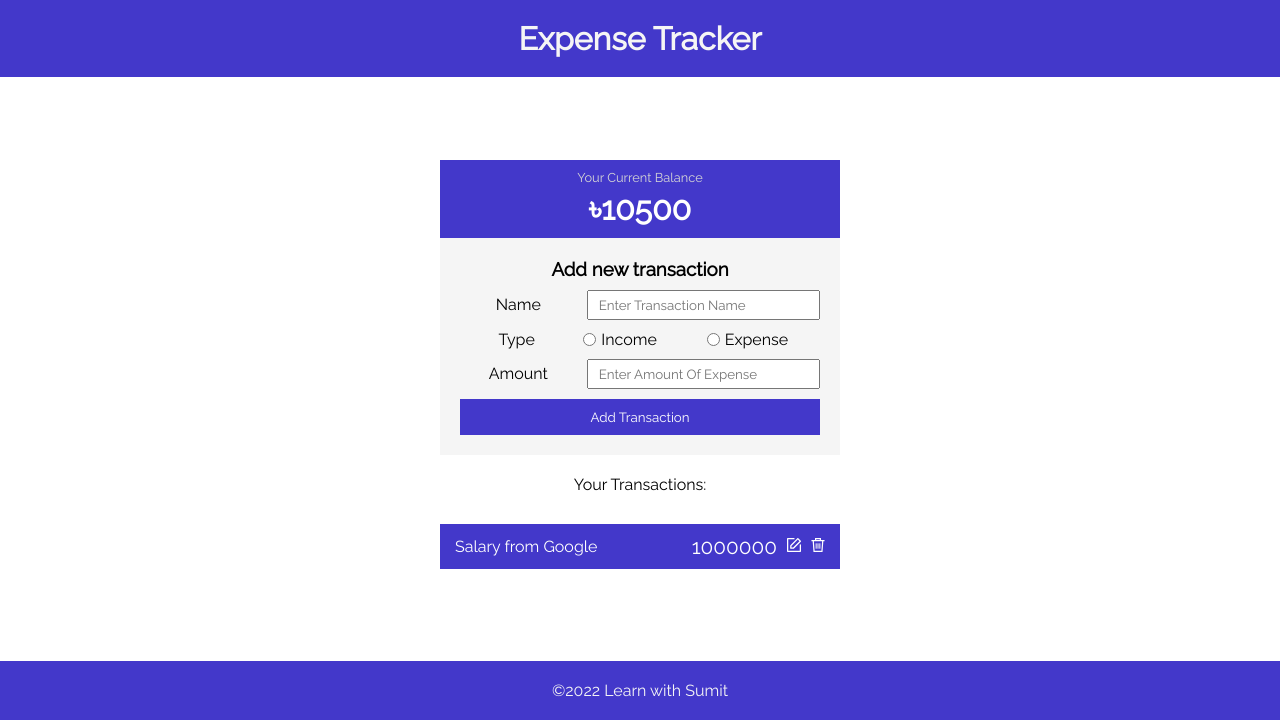
Repository: Tanvir3744/redux-expense-tracker
Page: /
The author's editor kept a copy of each file at every save. The page is drawn from the files as they stood at one save, then again after the next save.
The browser window is 1280 px wide. The pictures show the whole page.
The project was rebuilt for these pictures with package versions that can differ from the ones it lists, and the page was loaded fresh each time. Requests to the local data server were answered from the project's data file.

Above is the page before, as saved 2022-11-10 01:16:12.

### public/index.html
<!DOCTYPE html>
<html lang="en">
  <head>
    <meta charset="utf-8" />
    <link rel="icon" href="%PUBLIC_URL%/images/favicon.png" />
    <meta name="viewport" content="width=device-width, initial-scale=1" />
    <meta name="theme-color" content="#000000" />
    <meta
      name="description"
      content="Web site created using create-react-app"
    />
    <link rel="apple-touch-icon" href="%PUBLIC_URL%/logo192.png" />
    <!--
      manifest.json provides metadata used when your web app is installed on a
      user's mobile device or desktop. See https://developers.google.com/web/fundamentals/web-app-manifest/
    -->
    <link rel="manifest" href="%PUBLIC_URL%/manifest.json" />
    <link rel="stylesheet" href="%PUBLIC_URL%/css/style.css">

    <title>Monthly Expense Tracker</title>
  </head>
  <body>
    <noscript></noscript>
    <div id="root"></div>

  </body>
</html>

### src/app/store.js
import { configureStore } from '@reduxjs/toolkit';
import transactionReducer from '../features/moneyTransApi/transSlice'

export const store = configureStore({
  reducer: {
    counter: transactionReducer,
  },
});

### src/App.js
import React from 'react';
import './App.css';
import Balance from './components/Balance';
import Form from './components/Form';
import Transations from './components/Transations';

function App() {
  return (
    <div className="App">
      <div className="header">
        <h1>Expense Tracker</h1>
      </div>
      <div className="main">
        <div className="container">
          <Balance />
          <Form />
          <Transations />
        </div>
      </div>
      {/* footer component */}
      <div className="footer">&copy;2022 Learn with Sumit</div>
    </div>
  );
}

export default App;

### src/features/moneyTransApi/transSlice.js
import { createAsyncThunk, createSlice } from "@reduxjs/toolkit"
import { getTransactions, addTransactions, updateTransactions, deleteTransactions } from './transApi'
// initializing the state
const initialState = {
    transactions: [],
    isLoading: false,
    isError: false,
    error: '',
    editing: {}
}

// async thunk for get request
export const fetchTransactions = createAsyncThunk('transaction/fetchTransaction', async () => {
    const transactions = await getTransactions()
    return transactions;
})

// async thunk for post data to server
export const createTransaction = createAsyncThunk('transaction/createTransaction', async (data) => {
    const transaction = await addTransactions(data);
    return transaction;
})

// async thunk for update data to server
export const updatingTransaction = createAsyncThunk('transaction/updateTransaction', async ({ id, data }) => {
    const editTransaction = await updateTransactions({ id, data })
    return editTransaction;
})

// async thunk for deleting data from the server
export const deleteTransaction = createAsyncThunk('transaction/deleteTransaction', async ({ id, data }) => {
    const delTransaction = await deleteTransaction({ id, data });
    return delTransaction;
})

const transactionSlice = createSlice({
    name: 'transaction',
    initialState,
    reducers: {
        editActive: (state, action) => {
            state.editing = action.payload;
        },
        editInActive: (state, action) => {
            state.editing = {}
        }
    },
    extraReducers: (builder) => {
        builder
            .addCase(fetchTransactions.pending, (state, action) => {
                state.isLoading = false;
                state.isError = false;
            })
            .addCase(fetchTransactions.fulfilled, (state, action) => {
                state.isLoading = false;
                state.isError = false;
                state.error = '';
                state.transactions = action.payload;
            })
            .addCase(fetchTransactions.rejected, (state, action) => {
                state.isLoading = false;
                state.error = action.error?.message;
                state.isError = true;
                state.transactions = [];
            })
            .addCase(createTransaction.pending, (state, action) => {
                state.isLoading = false;
                state.isError = false;
            })
            .addCase(createTransaction.fulfilled, (state, action) => {
                state.isLoading = false;
                state.isError = false;
                state.error = '';
                state.transactions.push(action.payload);
            })
            .addCase(createTransaction.rejected, (state, action) => {
                state.isLoading = false;
                state.error = action.error?.message;
                state.isError = true;
            })
            .addCase(updatingTransaction.pending, (state, action) => {
                state.isLoading = false;
                state.isError = false;
            })
            .addCase(updatingTransaction.fulfilled, (state, action) => {
                state.isLoading = false;
                state.isError = false;
                state.error = '';
                const indexToUpdate = state.transactions.findIndex(transaction => transaction.id === action.payload.id)
                state.transactions[indexToUpdate] = action.payload;
            })
            .addCase(updatingTransaction.rejected, (state, action) => {
                state.isLoading = false;
                state.error = action.error?.message;
                state.isError = true;
            })
            .addCase(deleteTransaction.pending, (state, action) => {
                state.isLoading = false;
                state.isError = false;
            })
            .addCase(deleteTransaction.fulfilled, (state, action) => {
                state.isLoading = false;
                state.isError = false;
                state.error = '';
                state.transactions = state.transactions.filter(transaction => transaction.id !== action.payload.id)
            })
            .addCase(deleteTransaction.rejected, (state, action) => {
                state.isLoading = false;
                state.error = action.error?.message;
                state.isError = true;
            })
    }
})

export default transactionSlice.reducer;
export const { editActive, editInActive} = transactionSlice.actions;

### src/components/Balance.js
import React from 'react'

export default function Balance() {
    return (
        <div className="top_card">
            <p>Your Current Balance</p>
            <h3>
                <span>৳</span>
                <span>10500</span>
            </h3>
        </div>
    )
}

### src/components/Form.js
import React, { useEffect, useState } from 'react'
import { useDispatch, useSelector } from 'react-redux'
import { createTransaction, updatingTransaction } from '../features/moneyTransApi/transSlice'

export default function Form() {
    const [detail, setDetail] = useState('')
    const [transType, setType] = useState('')
    const [expense, setExpense] = useState('')
    const [edit, setEdit] = useState(false)

    const dispatch = useDispatch()
    const { isLoading, isError, error } = useSelector(state => state?.counter)

    const { editing } = useSelector(state => state?.counter) || {};
    //whenever we want to re-render somthing to our ui (update) we have to use useEffect for updating these things\
    console.log(detail, transType, expense);
    useEffect(() => {
        const { id, name, amount, type } = editing || {};
        if (id) {
            setEdit(true)
            setDetail(name)
            setType(type)
            setExpense(amount)
        } else {
            setEdit(false)
            handleResetForm();
        }
    }, [editing, detail, expense, transType])

    const handleResetForm = () => {
        //making empty our input fields
        setDetail('')
        setType('')
        setExpense('')
    }

    const handleCreate = (e) => {
        e.preventDefault();
        dispatch(createTransaction({
            name: detail,
            type: transType,
            amount: Number(expense)
        }))
        handleResetForm();
    }

    const cancelEditMode = () => {
        setEdit(false)
    }

    const handleUpdate = (e) => {
        e.preventDefault();
        dispatch(updatingTransaction({
            id: editing?.id,
            data: {
                name: detail,
                type: transType,
                amount: Number(expense),
            }
        }))
        handleResetForm();
    }

    return (
        <div className="form">
            <h3>Add new transaction</h3>

            <form onSubmit={edit ? handleUpdate : handleCreate}>

                <div className="form-group">
                    <label>Name</label>
                    <input
                        id='detail'
                        type="text"
                        name="detail"
                        placeholder="Enter Transaction Name"
                        value={detail}
                        onChange={e => setDetail(e.target.value)}
                        required
                        className="px-2 py-1 border border-blue-300 focus:outline-none"
                    />
                </div>

                <div className="form-group radio">
                    <label>Type</label>
                    <div className="radio_group">
                        <input
                            type="radio"
                            value="income"
                            name="type"
                            checked={transType === 'income'}
                            onChange={(e) => setType('income')}
                            required
                        />
                        <label>Income</label>
                    </div>
                    <div className="radio_group">
                        <input
                            type="radio"
                            value="expense"
                            name="type"
                            placeholder="Expense"
                            checked={transType === 'expense'}
                            onChange={e => setType('expense')}
                            required
                        />
                        <label>Expense</label>
                    </div>
                </div>

                <div className="form-group">
                    <label>Amount</label>
                    <input
                        type="number"
                        placeholder="Enter Amount Of Expense"
                        name="expense"
                        value={expense}
                        onChange={e => setExpense(e.target.value)}
                        required
                    />
                </div>
                {
                    !isLoading && isError && <small className='erorr'>There was an error occured{error}</small>
                }
                <button disabled={isLoading} type="submit" className="btn">{edit ? "Update Transaction" : "Add Transaction"}</button>
            </form>


            {
                edit && <button className="btn cancel_edit" onClick={cancelEditMode}>Cancel Edit</button>
            }
        </div>
    )
}

### src/components/Transations.js
import React, { useEffect } from 'react'
import { useDispatch, useSelector } from 'react-redux'
import { fetchTransactions } from '../features/moneyTransApi/transSlice'
import AloneTransaction from './AloneTransaction'
export default function Transations() {
    const { isLoading, isError, error, transactions } = useSelector(state => state.counter)

    const dispatch = useDispatch()
    useEffect(() => {
        dispatch(fetchTransactions())
    },[dispatch])

    // decide what to render
    let content;
    if (isLoading && !isError) {
        content = '...loading...';
    }

    if (!isLoading && isError) {
        content = <small className='error'>{error?.message}</small>
    }

    if (!isLoading && !isError && transactions.length === 0) {
        content = <small className="error">No transactions found in queue</small>
    }

    return (
        <>
            <p className="second_heading">Your Transactions:</p>
            <div className="conatiner_of_list_of_transactions">
                <ul>
                    { !isLoading && !isError &&
                        transactions.map(transaction => <AloneTransaction key={transaction.id} transaction={transaction}  /> )
                    }
                </ul>
            </div>
        </>
    )
}

### src/features/moneyTransApi/transApi.js
import axios from '../../utils/axios'

//write get request to get transactions from server with axios
export const getTransactions = async () => {
    const response = await axios.get('/transactions');
    return response.data;
}

/*
post request to server {note: wehenever we need to post some data to server we should pass an object along the url.
But, here we are passing the whole object through a parameter to avoid the syntactical complexity.}
*/
export const addTransactions = async(data) => {
    const response = await axios.post('/transactions', data);
    return response.data;
}


/* update request with axios to make update feature in our application */
export const updateTransactions =async (id, data) => {
    const response = await axios.put(`/transactions/${ id }`, data);
    return response.data;
}

/* delete request with axios */
export const deleteTransactions = async (id, data) => {
    const response = await axios.delete(`/transactions/${ id }`, data);
    return response.data;
}

### src/components/AloneTransaction.js
import React from 'react';
import EditImage from '../Assests/images/edit.svg';
import DeleteImage from '../Assests/images/delete.svg'
import { editActive } from '../features/moneyTransApi/transSlice';
import { useDispatch } from 'react-redux';
const AloneTransaction = (props) => {
    const { name, type, amount } = props.transaction;
    const dispatch = useDispatch()
    const handleEdit = () => {
        dispatch(editActive(props.transaction))
    }
    return (
        <li className={`transaction ${type}`}>
            <p>{name}</p>
            <div className="right">
                <p>{amount}</p>
                <button onClick={handleEdit} className="link">
                    <img
                        alt='editImage'
                        className="icon"
                        src={EditImage}
                    />
                </button>
                <button className="link">
                    <img
                        alt='deleteImage'
                        className="icon"
                        src={DeleteImage}
                    />
                </button>
            </div>
        </li>
    );
};

export default AloneTransaction;

### src/utils/axios.js
import axios from 'axios'
const axiosInstance = axios.create({
    baseURL : 'http://localhost:9000/'
})

export default axiosInstance;

### public/css/style.css
@import url("https://fonts.googleapis.com/css2?family=Raleway&display=swap");

* {
    margin: 0;
    padding: 0;
    box-sizing: border-box;
    font-family: "Raleway", sans-serif;
}

.App {
    display: flex;
    flex-direction: column;
    min-height: 100vh;
}

.header,
.footer {
    padding: 20px;
    text-align: center;
    background-color: #4338ca;
    color: whitesmoke;
}

.main {
    flex-grow: 1;
    display: flex;
}

.container {
    width: 90%;
    max-width: 1024px;
    margin: 20px auto;
    display: flex;
    flex-direction: column;
    justify-content: center;
    align-items: center;
    align-self: center;
}

.top_card {
    background-color: #4338ca;
    color: white;
    padding: 10px 20px;
    min-width: 400px;
}

.top_card p {
    color: #d6d6d6;
    margin-bottom: 5px;
    font-size: 0.8rem;
}

.top_card h3 {
    font-size: 2rem;
}

.form {
    background-color: #f5f5f5;
    padding: 20px;
    width: 400px;
}

.form-group {
    display: grid;
    grid-template-columns: 1fr 2fr;
    gap: 10px;
    margin-top: 10px;
    margin-bottom: 10px;
}

.radio {
    grid-template-columns: 1fr 1fr 1fr;
}

input {
    padding: 5px 10px;
}

.btn {
    width: 100%;
    border: none;
    outline: none;
    cursor: pointer;
    padding: 10px;
    background-color: #4338ca;
    color: white;
    transition: background-color 0.3s ease;
}

.btn:hover {
    background-color: #094d3d;
}

ul {
    list-style: none;
    width: 400px;
}

label {
    display: block;
    align-self: center;
}

.radio_group {
    display: flex;
    align-items: center;
    gap: 5px;
}

.transaction {
    margin: 10px 0;
    color: white;
    padding: 10px 15px;
    display: flex;
    justify-content: space-between;
    align-items: center;
}

.error{
    color: #9e1028;
    font-family:monospace;
}

.income {
    background-color: #4338ca;
}

.expense {
    background-color: #9e1028;
}

.expense {
    background-color: #e6425e;
}

.transaction .right {
    display: flex;
    justify-content: space-between;
    align-items: center;
    gap: 10px;
}

.link {
    background: none;
    color: white;
    cursor: pointer;
    outline: none;
    border: none;
    transition: color 0.3s ease;
}

.link:hover {
    color: #d1f3ff;
}

.icon {
    width: 14px;
    height: 14px;
}

.right {
    display: inline-flex;
    gap: 10;
}

.right p {
    font-size: 1.3rem;
}

.red {
    background-color: #e6425e !important;
}

.cancel_edit {
    margin-top: 10px;
    background-color: #e6425e !important;
}

.cancel_edit:hover {
    background-color: #9e1028 !important;
}

.second_heading {
    margin: 20px 0;
    text-align: left;
}

.conatiner_of_list_of_transactions ul {
    max-height: 500px;
    overflow-y: auto;
}

@media (max-width: 450px) {
    .top_card,
    .form {
        min-width: 90%;
        width: 90%;
    }

    .form-group {
        display: flex;
        flex-direction: column;
        justify-content: left;
        align-items: stretch;
    }

    label {
        align-self: flex-start;
        margin-bottom: 5px;
    }

    .conatiner_of_list_of_transactions {
        width: 90vw;
    }

    ul {
        width: 90vw;
        max-height: 100px;
        overflow-y: auto;
    }

    .transaction {
        width: 90%;
        margin: 10px auto;
    }

    * {
        font-size: 95% !important;
    }
}

### server/db_transactions.json
{
  "transactions": [
    {
      "id": 1,
      "name": "Salary from Google",
      "type": "income",
      "amount": 1000000
    }
  ]
}

Loaded but not shown: src/index.js (common file); src/reportWebVitals.js (common file); src/index.css (common file); src/App.css (common file)

After the next save:
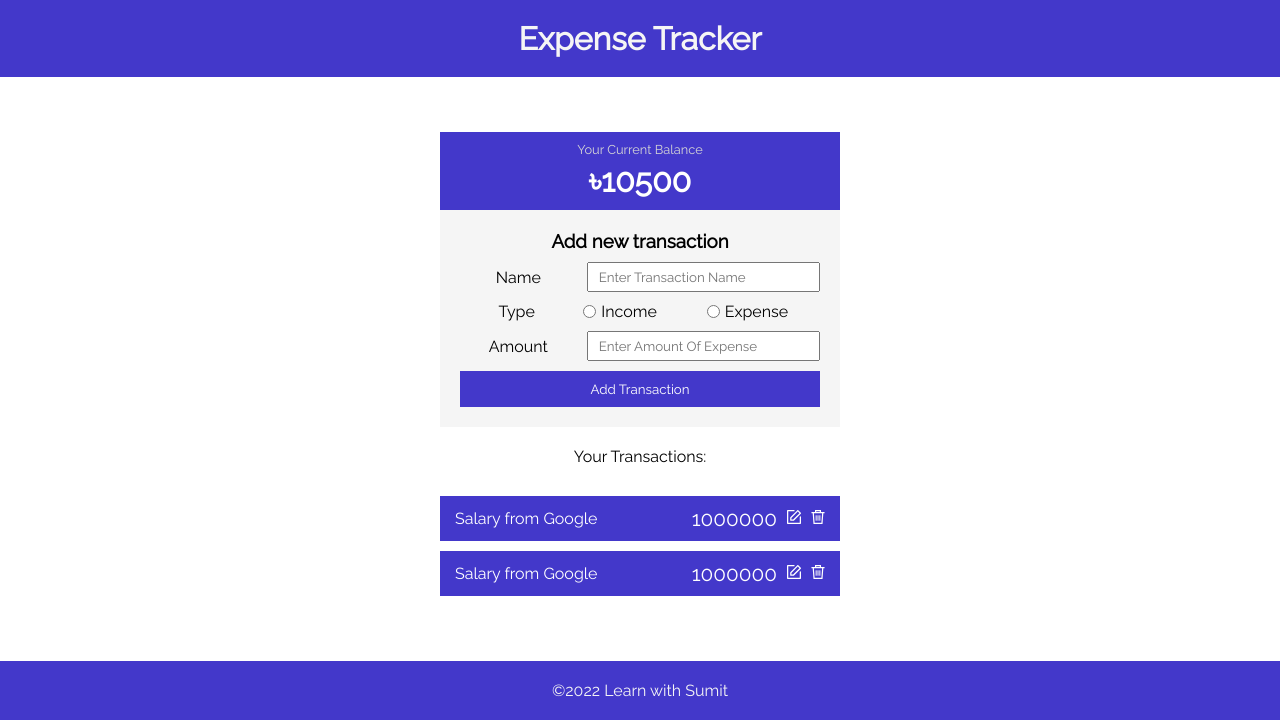
Saved 44 s later.
--- a/server/db_transactions.json
+++ b/server/db_transactions.json
@@ -5,6 +5,12 @@
       "name": "Salary from Google",
       "type": "income",
       "amount": 1000000
+    },
+    {
+      "name": "Salary from Google",
+      "type": "income",
+      "amount": 1000000,
+      "id": 2
     }
   ]
 }
